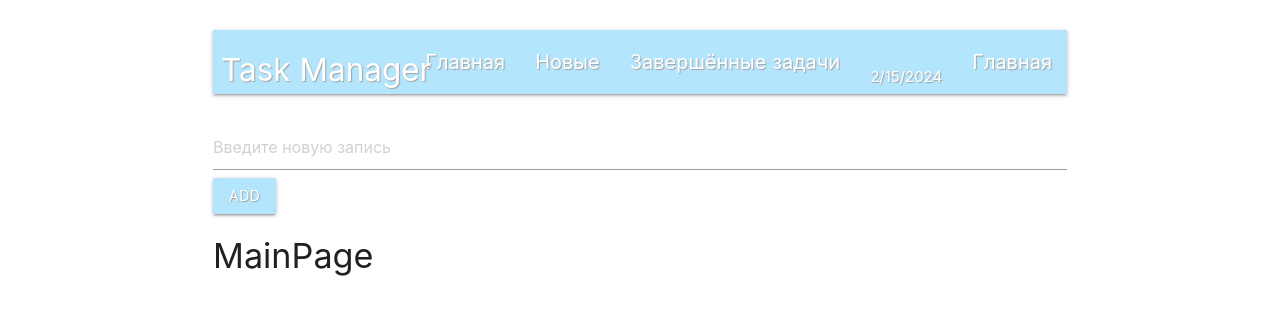
Repository: iveivs/myReactTaskManager
Page: /
An editor plug-in stored every save of this project. The page is shown before and after a run of saves, followed by the edit.
The browser window is 1280 px wide. The pictures show the whole page.
The project was rebuilt for these pictures with package versions that can differ from the ones it lists, and the page was loaded fresh each time. Also part of the build but not shown: vite.config.js, src/components/DoneTasks.jsx, src/components/NewTasks.jsx.

Above is the page before, as saved 2024-02-15 15:06:44.

After the next 2 saves:
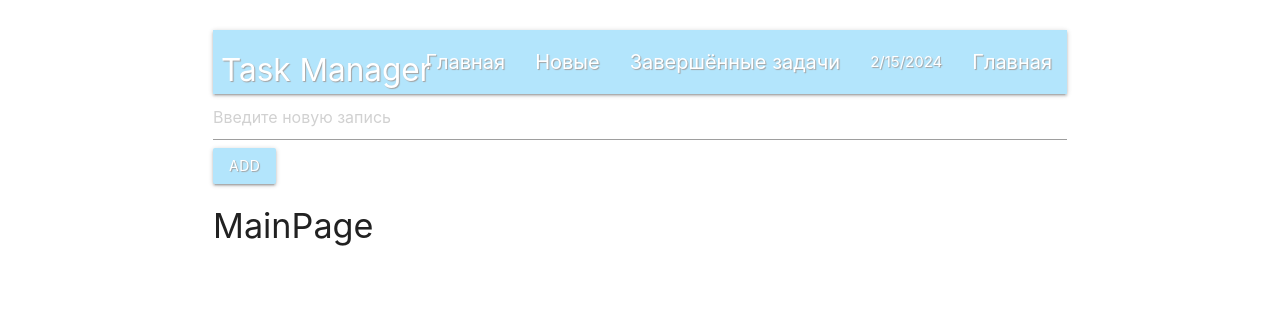
The 2 saves are shown as one change because they came seconds apart.
The last was saved 70 s later.
--- a/src/components/DateElement.jsx
+++ b/src/components/DateElement.jsx
@@ -7,7 +7,8 @@ export default function DateElement () {
     return (
         <>
             {/* <i className="material-icons">date_range</i>  */}
-            <p>{now.toLocaleDateString()}</p>
+            {/* <p>{now.toLocaleDateString()}</p> */}
+            {now.toLocaleDateString()}
 
         </>
     )
